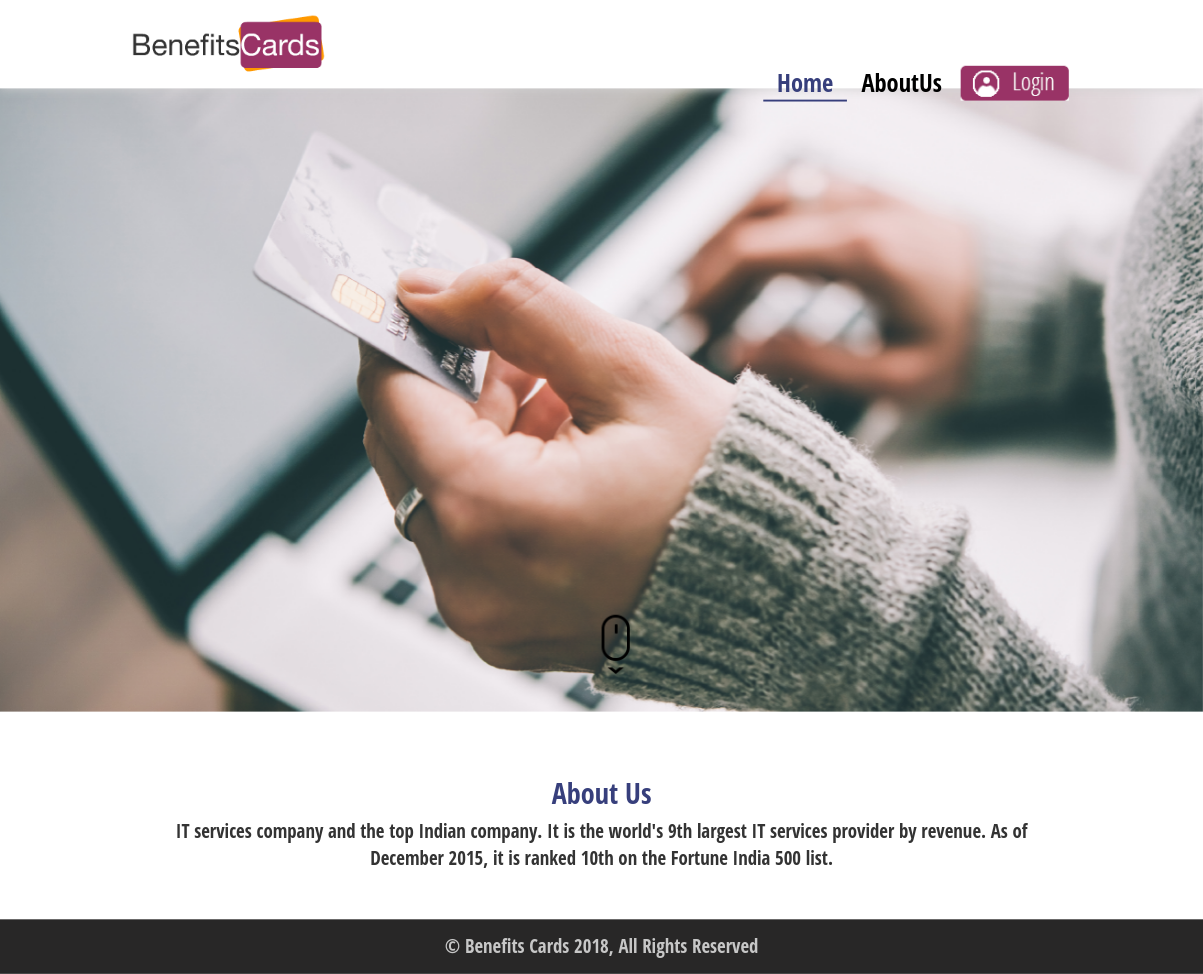
Repository: intkhabahmed/AcceleratedBootcampWebsites
Page: http://localhost/BenefitsCards/UI/index.jsp
An editor plug-in stored every save of this project. The page is shown before and after the next save, followed by the edit.
The browser window is 1280 px wide. The pictures show the whole page, at 94% of full size.
Some web fonts or font styles are not loaded; a fallback is used. The page is served by Tomcat 9. Nobody is signed in. The application's start-up code is not run. Other server files are loaded and not shown.

Above is the page before, as saved 2018-01-30 11:28:41.

### BenefitsCards/WebContent/UI/index.jsp
<%@ page language="java" contentType="text/html; charset=ISO-8859-1"
	pageEncoding="ISO-8859-1"%>
<%@taglib uri="http://java.sun.com/jsp/jstl/core" prefix="c"%>
<!DOCTYPE html>
<html>
<head>
<title>Benefits Cards</title>
<meta http-equiv="Content-Type" content="text/html; charset=ISO-8859-1">
<meta name="viewport" content="width=device-width, initial-scale=1.0">
<link rel="stylesheet" type="text/css" href="css/bootstrap.min.css">
<link rel="stylesheet" type="text/css" href="css/font-awesome.min.css">
<link rel="stylesheet" type="text/css" href="css/custom.css">
<link
	href='https://fonts.googleapis.com/css?family=Open Sans Condensed:300'
	rel='stylesheet'>
</head>
<body id="home">

	<jsp:include page="header.jsp"></jsp:include>


	<!-- <div class="row"> -->
	<div id="carousel-example-generic" class="carousel slide"
		data-ride="carousel">
		<!-- Indicators -->
		<img src="images/downarrow.png" alt="DownArrow" id="downarrow" />
		<!-- Wrapper for slides -->
		<div class="carousel-inner" role="listbox">
			<div class="item active">
				<img src="images/banner.png" alt="">
			</div>
		</div>

	</div>
	<!--end carousel-->

	<!-- </div> -->
	<div class="container">
		<hr>
		<div class="row">
			<div id="aboutus">
				<h2 align="center">About Us</h2>
				<p align="center">IT services company and the top Indian
					company. It is the world's 9th largest IT services provider by
					revenue. As of December 2015, it is ranked 10th on the Fortune
					India 500 list.</p>
			</div>
			<!--end aboutus-->
		</div>
		<hr>
	</div>
	<!--end container-->
	<div id="footer">
		<footer>
			<p align="center">&copy; Benefits Cards 2018, All Rights
				Reserved</p>
		</footer>
	</div>
	<div class="overlay" title="click to close"></div>
	<div id="loginWindow">
		<h2 align="center">Login Form</h2>
		<form class="form-vertical" method="post" action="login.html"
			id="login_form">
			<div class="form-group">
				<input type="text" name="username" required="required"
					class="form-control" placeholder="Enter UserName" /> <input
					type="password" name="password" required="required"
					class="form-control" placeholder="Enter Password" />

			</div>
			<div class="form-group">
				<h4><a href="#" class="pull-left">Forgot Password?</a></h4> <input
					type="submit" name="login_btn" id="login_btn" value="Login"
					class="pull-right btn btn-default" />
			</div>
		</form>
	</div>
	<div id="queryWindow">
		<h2 align="center">Query Form</h2>
		<form class="form-vertical" method="post" action="askQuery.html"
			id="query_form">
			<div class="form-group">
				<label class="form-label" for="receiver">Choose Company</label> <br>
				<input type="radio" name="receiver" required="required"
					value="BeneesFradia" /> BeneesFradia &nbsp;&nbsp;
					<input type="radio" name="receiver" value="QuickgunHeadley"/> QuickgunHeadley <br>
			</div>
			<div class="form-group">
				<textarea rows="4" class="form-control"
					placeholder="Enter the query" name="query"></textarea>
				<input type="submit" name="querySubmit_btn" id="querySubmit_btn"
					value="Send" class="form-control btn btn-default" />
			</div>
		</form>
	</div>

	<script type="text/javascript" src="js/jquery-3.1.0.min.js"></script>
	<script type="text/javascript" src="js/bootstrap.min.js"></script>
	<script type="text/javascript" src="js/custom.js"></script>
	<c:if test="${errorMessage ne null}">
		<%-- 	<div class="alert alert-danger" role="alert" >"${errorMessage}"</div> --%>
		<script>
			alert("${errorMessage}");
			showLoginPage();
		</script>
	</c:if>
	<c:if test="${successMessage ne null}">
		<%-- 	<div class="alert alert-success" role="alert">"${successMessage}"</div> --%>
		<script>
			alert("${successMessage}");
		</script>
	</c:if>
</body>
</html>

### BenefitsCards/WebContent/UI/header.jsp
<%@ page language="java" contentType="text/html; charset=ISO-8859-1"
    pageEncoding="ISO-8859-1"%>
<%@taglib uri="http://java.sun.com/jsp/jstl/core" prefix="c" %>
<nav class="navbar navbar-custom navbar-custom-fitting">
	  <div class="container">
	    <!-- Brand and toggle get grouped for better mobile display -->
	    <div class="navbar-header">
	      <button type="button" class="navbar-toggle collapsed" data-toggle="collapse" data-target="#bs-example-navbar-collapse-1" aria-expanded="false">
	        <span class="sr-only">Toggle navigation</span>
	        <span class="icon-bar"></span>
	        <span class="icon-bar"></span>
	        <span class="icon-bar"></span>
	      </button>
	      <a class="navbar-brand" href="index.html"><img src="images/BC_logo.png" height="70" alt="Team1"></a>
	    </div>

	    <!-- Collect the nav links, forms, and other content for toggling -->
	    <div class="collapse navbar-collapse" id="bs-example-navbar-collapse-1">
	      <ul class="nav navbar-nav navbar-right" id="main-nav">
	        <li class="active"><a href="#home">Home <span class="sr-only">(current)</span></a></li>
	        <li><a href="#aboutus">AboutUs</a></li>
	        <c:if test="${sessionScope.user.username eq null}">
	        <li id="login_button" onclick="showLoginPage()"><img src="images/loginbtn.png" class="img img-responsive"/></li>
	      	</c:if>
	      	<c:if test="${sessionScope.user.username ne null}">
	      	<li id="raiseQuery_btn"><a href="#">Support</a></li>
	        <li class="dropdown">
	          <a href="#" class="dropdown-toggle" data-toggle="dropdown" role="button" aria-haspopup="true" aria-expanded="false">${sessionScope.user.username } <span class="fa fa-angle-down"></span></a>
	          <ul class="dropdown-menu">
	            <li><a href="showProfile.html">View Profile</a></li>
	            <li><a href="logout.html">Logout</a></li>
	          </ul>
	        </li>
	        </c:if>
	      </ul>
	    </div><!-- /.navbar-collapse -->
	  </div><!-- /.container-fluid -->
	</nav>

### BenefitsCards/WebContent/css/custom.css
/****************************Common CSS**************************/

.padding-10x{
	padding: 10px;
}
.padding-5x{
	padding: 5px;
}
.padding-20x{
	padding: 20px;
}

.center{
	display: block;
	margin: 0 auto;
}
.no-margin {
	margin: 0;
}
.error {
	color: red;
}
.success {
	color: #5cb85c;
}
#errorBlock{
	position: absolute;
	top: 15%;
	width: 100%;
}
body {
	font-family: Open Sans Condensed !important;
	font-size: 20px !important;
}
.dropdown-menu {
	font-size: 18px;
    background-color: #000;
    opacity: 0.7;
    border: 1px solid #ccc;
    border: 1px solid rgba(0,0,0,.15);
    border-radius: 0px;
    top: 110%;
}
.dropdown-menu li a{
	color: #ffffff;
}
.dropdown-menu li a:hover {
	color: #8080ff;
	background: #000000;
	opacity: 1;
}
.dropdown> a{
	max-height: 36px;
}

input, button, .form-control, .btn {
	border-radius: 0px !important;
}

input[type=submit]:hover, .btn:hover {
	color: #333333;
}
p {
    margin: 0 10px;
}
/***********************Index Page*********************************/
hr {
	border-top: none;
}
#home {
	padding-top: 94px;
}
#formContainer {
	border-radius: 15px;
	padding: 10px;
	z-index: 1;
}

#login_btn_cover {
	padding: 3px;
}

#homeBannerImage{
	min-height: 370px;
	z-index: 1;
}

@media screen and (min-width: 991px){
	.navbar-custom-fitting {
		width: 100%;
	}
	.container {
		max-width: 1024px;
	}

	.navbar-brand {
		padding: 10px !important;
		height: auto;
	}
	#main-nav {
		margin-top: 39px;
		height: 53px;
		padding-top: 30px;
	}
	nav> .container {
		height: auto;
	}

	.carousel {
		width: 100%;

	}
	.carousel-inner>.item>img {
		width: 100%;
	}
	#loginWindow {
		width: 30vw;
		left: 35vw;
	}
	#uploadWindow {
		width: 40vw;
		left: 30vw;
	}
	#queryWindow {
		width: 30vw;
		left: 35vw;
	}
}

@media screen and (min-width: 768px) and (max-width: 990px){
	#main-nav {
		height: 40px;
		padding-top: 23px;
		margin-top: 30px;
	}

	.navbar-custom-fitting {
		width: 100%;
	}
	.navbar-brand {
		padding: 10px !important;
    	height: auto;
	}
	#login_button {
		margin-bottom: 2px;
	}
	nav> .container {
		height: 92px;
	}
	.carousel {
		width: 100%;
		height: 60vh;
	}
	.carousel-inner>.item>img {
		width: 100%;
		height: 60vh;
	}
	.container {
		max-width: 100%;
		width: 100%;
	}
	#loginWindow {
		width: 40vw;
		left: 35vw;
	}
	#uploadWindow {
		left: 30vw;
		width: 40vw;
	}
	#queryWindow {
		width: 40vw;
		left: 35vw;
	}
}

@media screen and (max-width: 767px){
	nav> .container {
		padding: 2px;
		width: 100%;
		height: auto;
	}

	.navbar-custom-fitting {
		width: 100%;
	}
	.navbar-brand {
		padding: 0px 25px !important;
	}
	.navbar-header {
		height: 90px;
	}
	#main-nav {
		margin-top: 39px;
		background-color: #ffffff;
   	 	padding: 15px;

	}
	#login_button {
		margin: 5px 15px;
	}
	.carousel {
		width: 100%;
		height: 50vh;
		margin: 0 auto;
	}
	.carousel-inner>.item>img {
		width: 100%;
		height: 50vh;
	}
	.container {
		max-width: 100%;
		width: 100%;
	}
	#loginWindow, #uploadWindow, #queryQindow {
		width: 100%;
	}
	#shortcut_links .col-sm-4 img {
		display: block;
		margin: 0 auto;
		width: 100%;
	}
	.navbar-toggle {
		margin-top: 30px;
    	margin-right: 45px;
	}
}
.navbar-nav {
	font-size: 26px !important;
}
#login_button {
	cursor: pointer;
	margin-left: 5px;
}
.navbar-nav> .active a {
	border-bottom: 2px solid #373f7c ;
	color: #373f7c !important;
	background-color: transparent !important;
}

.navbar {
	border-radius: 0px;
}

.navbar-custom {
	background: #FFFFFF;
}

.navbar-nav a {
	transition: all 0.5s ease-in-out;
}

.contact-form-fields input {
	margin: 3px 0;
}

.navbar-nav a{
	color: #000000;
}

.navbar-custom-fitting {
	position: fixed;
	top: 0;
	z-index: 1030;
	box-shadow: -1px 1px 11px 0px #d2d2d2;
}

.navbar-nav>li>a {
	padding: 8px 15px !important;
}

/***********************UserProfile Page*********************************/
.navbar-toggle>.icon-bar {
	background-color: #000000;
}
.navbar-toggle {
	border-color: #000000;
}
.navbar-toggle:hover {
	border-color: #333333;
	background-color: #eeeeee;
}

/***********************Footer******************************************/
#footer {
	background: #282727;
	color: #c7c7c7;
	width: 100%;
	padding: 15px;
}

#footerSpace{
	margin-top: 65px;
}

/***********************Error Page*********************************/
#errorBlock{
	position: absolute;
	top: 15%;
	width: 100%;
}

/***********************Login Modal View*********************************/
.overlay {
	position: fixed;
	top: 0;
	left: 0;
	width: 100%;
	opacity: 0.7;
	min-height: 100%;
	display: none;
	background-color: #000000;
	z-index: 1031;
	cursor: pointer;
}
#loginWindow, #uploadWindow, #queryWindow {
	position: fixed;
	top: 25vh;
	z-index: 1032;
	opacity: 1;
	display: none;
	color: #ffffff;
	background-color: #373f7c;
	padding: 10px;
}
#loginWindow a {
	color: #eeeeee;
}

#login_form input, #upload_form input, #query_form input{
	margin: 10px 0;

}

textarea {
    resize: none;
}

#left-control-button, #right-control-button {
	padding-bottom: 5px;
	background-color: #ffffff;
	color: #000000;
}

#aboutus {
	padding: 10px;

}
#aboutus h2 {
	color: #373f7c;
}
.carousel-control {
	top: 50%;
}
.carousel-control.left, .carousel-control.right {
	background-image: none;
}

#downarrow {
	position: absolute;
	bottom: 40px;
	left: 50%;
	z-index: 1;
}


#profile_logo_container {
	box-shadow: 0px 1px 11px 0px #d2d2d2;
	padding: 5px;
	width: 100%;
}
#login_btn, #querySubmit_btn {
	background: #ffffff;
}
#login_btn:hover, #querySubmit_btn:hover {
	color: #373f7c;
}
input[type=submit], .btn {
	font-size: 26px;
	padding-top: 0px;
	border: 0px;
	background: #373f7c;
}
input[type=submit]:active, .btn:active {
	background: #373f7c !important;
}
input[type=submit]:hover, .btn:hover {
	background: #373f7c;
	color: #eeeeee;
}

### BenefitsCards/WebContent/js/custom.js
$(function(){
	$("nav a").click(function(){
		$('html, body').animate({
        scrollTop: $(this.hash).offset().top
    }, 1500);
    return false;
	});

	$("nav a").click(function(){
		$("nav li").removeClass("active");
		$(this).parent().addClass("active");
	});


	$(".overlay").on('click', function(){
		$(this).fadeOut();
		$("#loginWindow").fadeOut();
		$("#uploadWindow").fadeOut();
		$("#queryWindow").fadeOut();
	});

	$("#uploadForm, #uploadForm_shortcut").on('click', function(){
		$(".overlay").fadeIn();
		$("#uploadWindow").fadeIn();
		return false;
	});

	$("#raiseQuery_btn").on('click', function(){
		$(".overlay").fadeIn();
		$("#queryWindow").fadeIn();
	});

	$(".carousel-control.left").mouseenter(function(){
		$("#left-indicator img").attr("src", "images/leftarrow_ro.png");
	});
	$(".carousel-control.right").mouseenter(function(){
		$("#right-indicator img").attr("src", "images/rightarrow_ro.png");
	});

	$(".carousel-control.left").mouseleave(function(){
		$("#left-indicator img").attr("src", "images/leftarrow.png");
	});
	$(".carousel-control.right").mouseleave(function(){
		$("#right-indicator img").attr("src", "images/rightarrow.png");
	});

	$("#proposalSubmit_btn").bind('click', function(){
		var input = document.getElementById("fileInput");
		if(input.files[0].size >= 10485760){
			alert("File size should be less than 10MB");
			return false;
		}else{
			$("#upload_form").attr("action", "uploadFile.html");
			return true;
		}
	});

	$("#login_button img").mouseenter(function(){
		$(this).attr("src", "images/loginbtn_over.png");
	});
	$("#login_button img").mouseleave(function(){
		$(this).attr("src", "images/loginbtn.png");
	});

});
function showLoginPage(){
	$(".overlay").fadeIn();
	$("#loginWindow").fadeIn();
}
function showAlert(value){
	alert(value.text());
}

Loaded but not shown: BenefitsCards/WebContent/css/bootstrap.min.css (library); BenefitsCards/WebContent/css/font-awesome.min.css (library); BenefitsCards/WebContent/js/jquery-3.1.0.min.js (library); BenefitsCards/WebContent/js/bootstrap.min.js (library)

After the next save:
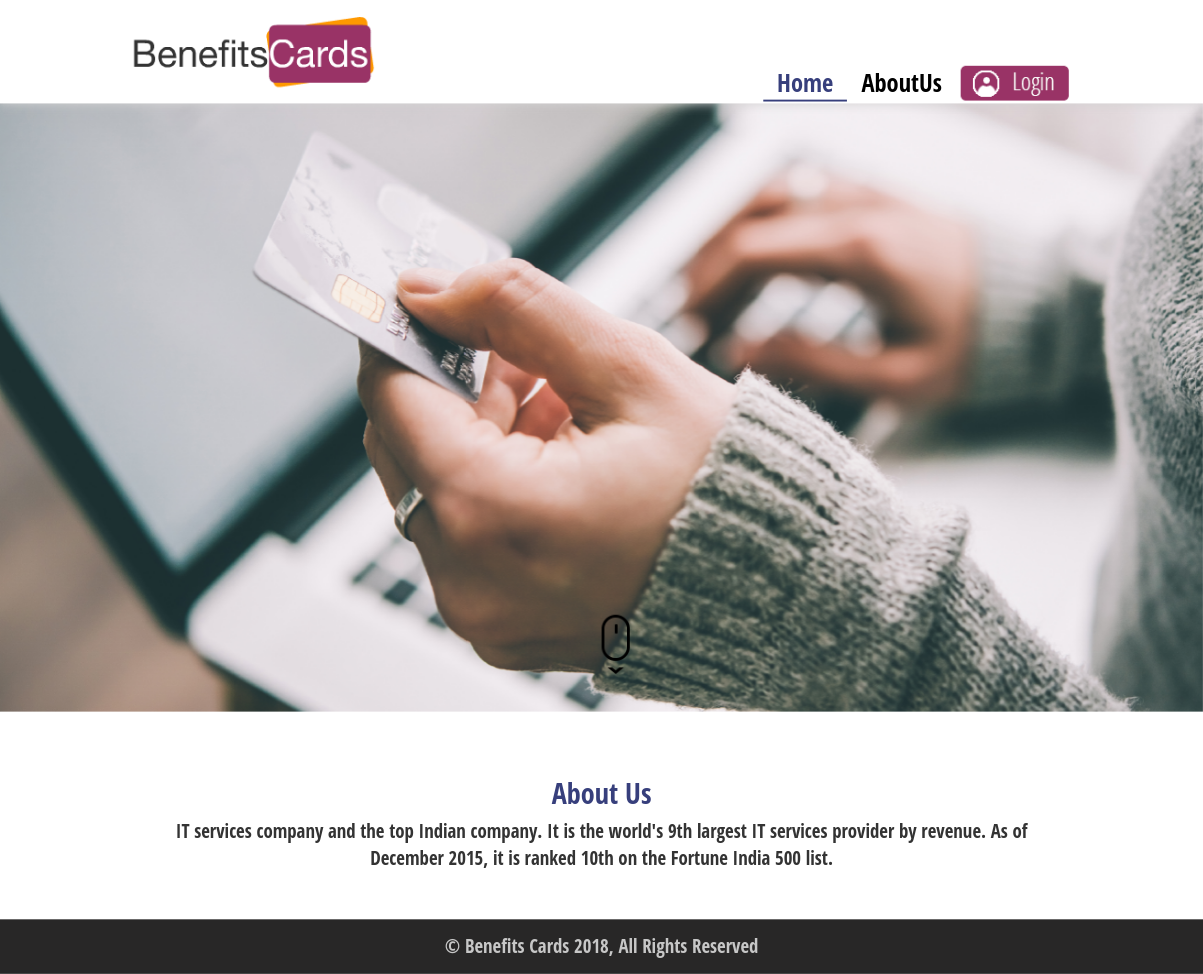
Saved 3 min 25 s later.
--- a/BenefitsCards/WebContent/UI/header.jsp
+++ b/BenefitsCards/WebContent/UI/header.jsp
@@ -11,7 +11,7 @@
 	        <span class="icon-bar"></span>
 	        <span class="icon-bar"></span>
 	      </button>
-	      <a class="navbar-brand" href="index.html"><img src="images/BC_logo.png" height="70" alt="Team1"></a>
+	      <a class="navbar-brand" href="index.html"><img src="images/BC_logo.png" alt="Team1"></a>
 	    </div>
 
 	    <!-- Collect the nav links, forms, and other content for toggling -->
